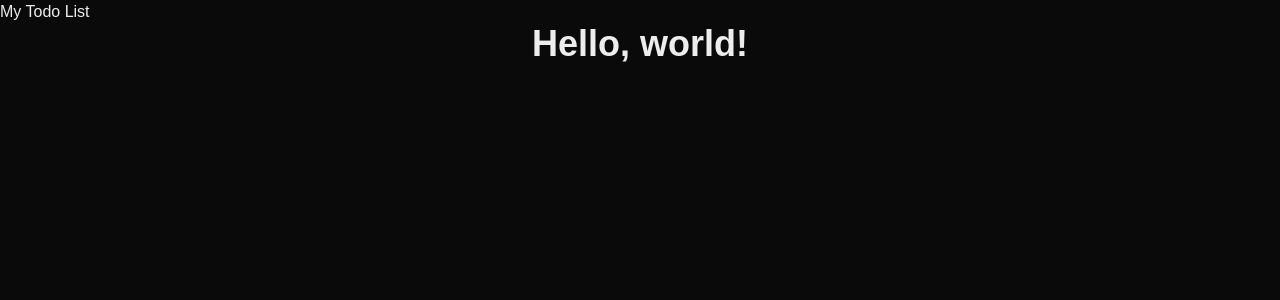
Repository: SergioAcostaTer/playas-canarias
Page: /
An editor plug-in stored every save of this project. The page is shown before and after the next save, followed by the edit.
The browser window is 1280 px wide. The pictures show the whole page.
The project was rebuilt for these pictures with package versions that can differ from the ones it lists, and the page was loaded fresh each time. The framework's server and built-in components were replaced by stand-ins that run in the browser. Also part of the build but not shown: next.config.ts.

Above is the page before, as saved 2025-01-29 10:56:53.

### src/app/page.tsx
import { Header } from "@/components/Header";

export default function Home() {
  return (
    <div className="container mx-auto">
      <Header />
      <h1 className="text-4xl font-bold text-center">Hello, world!</h1>

    </div>
  );
}

### src/app/globals.css
@tailwind base;
@tailwind components;
@tailwind utilities;

:root {
  --background: #ffffff;
  --foreground: #171717;
  --primary: #f59e0b;
}

@media (prefers-color-scheme: light) {
  :root {
    --background: #0a0a0a;
    --foreground: #ededed;
  }
}

body {
  color: var(--foreground);
  background: var(--background);
  font-family: Arial, Helvetica, sans-serif;
}

### src/components/Header.tsx
const Header = () => {
  return (
    <header>
      <h1>My Todo List</h1>
    </header>
  );
};

export { Header };

Loaded but not shown: src/app/layout.tsx (common file); tailwind.config.ts (common file)

After the next save:
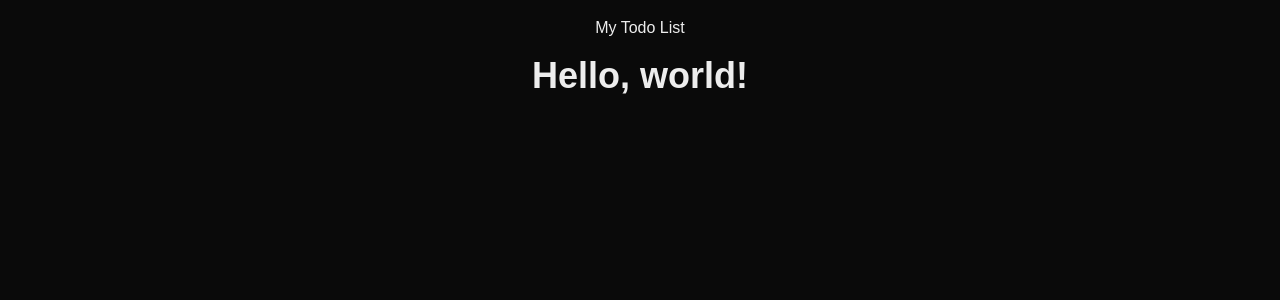
Saved 6 s later.
--- a/src/components/Header.tsx
+++ b/src/components/Header.tsx
@@ -1,6 +1,6 @@
 const Header = () => {
   return (
-    <header>
+    <header className="text-center py-4">
       <h1>My Todo List</h1>
     </header>
   );
